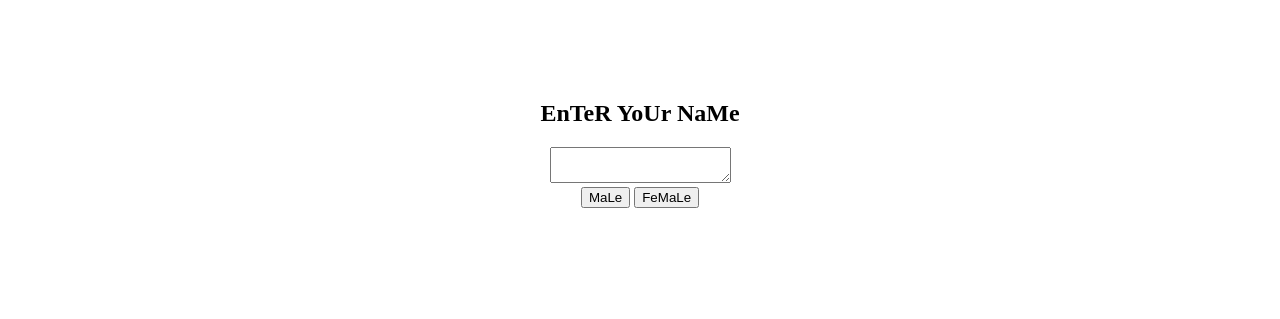
Repository: mutuz786/GameProject
Page: gameproject-app/WebContent/index.html
The author's editor kept a copy of each file at every save. The page is drawn from the files as they stood at one save, then again after the next save.
The browser window is 1280 px wide. The pictures show the whole page.

Above is the page before, as saved 2020-06-09 13:37:19.

After the next save:
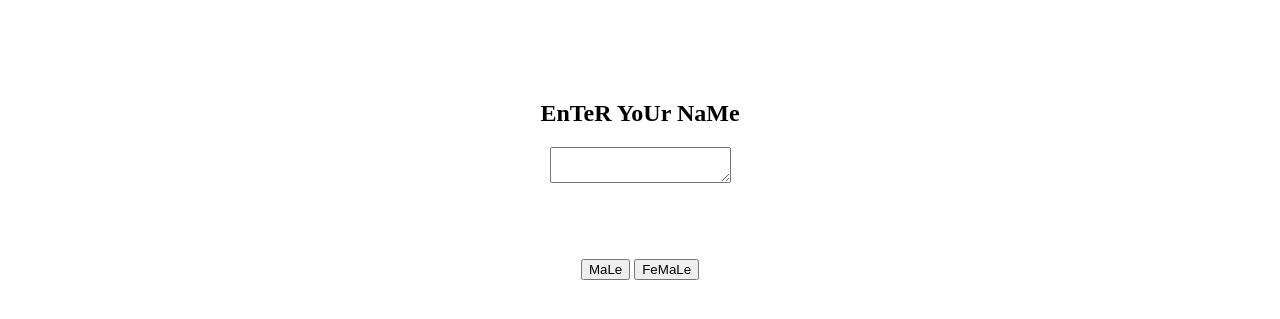
Saved 17 s later.
--- a/gameproject-app/WebContent/index.html
+++ b/gameproject-app/WebContent/index.html
@@ -8,7 +8,7 @@
 	<br><br><br><br>
 	<div align="center" >
 		<h2>EnTeR YoUr NaMe</h2>
-		<textarea id="name" inputmode="text" ></textarea><br>
+		<textarea id="name" inputmode="text" ></textarea><br><br><br><br><br>
 		<button >MaLe</button>
 		<button>FeMaLe</button>
 	</div>
